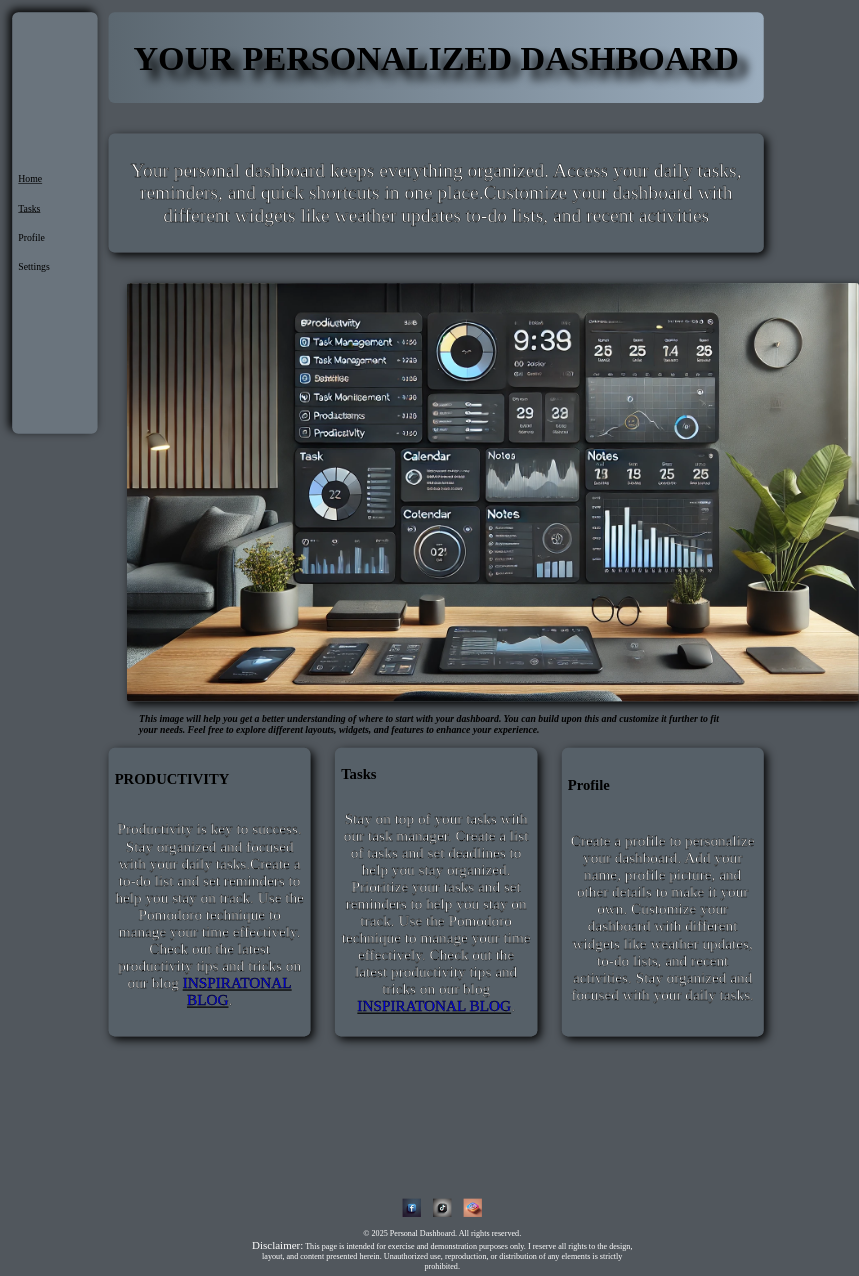
Repository: Parnicoza/testecomplete
Page: testcomplet-14.html
An editor plug-in stored every save of this project. The page is shown before and after the next save, followed by the edit.
The browser window is 1280 px wide. The page is 1408 px wide, so the pictures cover 1408 px, including what lies to the right of the window. The pictures show the whole page, at 61% of full size.
Pictures or frames that could not be fetched are drawn as grey boxes.

Above is the page before, as saved 2025-03-03 13:23:10.

### testcomplet-14.html
<!DOCTYPE html>
<html lang="en">

<head>
    <title>Personal Dashboard</title>
    <link rel="stylesheet" href="stilizaretestcomplet-14.css">
    <link rel="icon" href="imaginitestecomplete/dashboard.ico">
    <meta name="viewport" content="width=device-width, initial-scale=1.0">
</head>

<body>
    <div class="background-for-the-heading" id="Home">
        <h1 class="main-heading">Your Personalized Dashboard</h1>
    </div>

    <div class="thesamebackground">
        <p class="paragraph-gradient">Your personal dashboard keeps everything organized. Access your daily tasks,
            reminders, and quick shortcuts in one place.Customize your dashboard with different widgets like weather
            updates to-do lists, and recent activities</p>
    </div>

    <div class="divimage">
        <figure>
            <img src="imaginitestecomplete/productivity.jpg" alt="productivity image" width="1200" class="image"
                title="Productivity image" usemap="#dashboard-map" id="Tasks">
            <map name="dashboard-map">
                <area shape="rect" coords="341,127,487,280" href="https://blog.productivity.directory/"
                    alt="Productivity blog" target="_blank">
                <area shape="rect" coords="670,134,825,280" href="https://blog.productivity.directory/"
                    alt="Productivity blog" target="_blank">
            </map>
            <figcaption class="figcaption">This image will help you get a better understanding of where to start with
                your dashboard.
                You can build upon this and customize it further to fit your needs.
                Feel free to explore different layouts, widgets, and features to enhance your experience.
            </figcaption>
        </figure>
    </div>

    <div class="Dashboard">
        <div class="sidebar">
            <ul class="list">
                <li><a href="#Home" class="home" title="Press here to go to home page">Home</a></li>
                <li><a href="#Tasks" class="home" title="Click here to go to Tasks">Tasks</a></li>
                <li>Profile</li>
                <li>Settings</li>
            </ul>
        </div>
    </div>

    <div class="BLOCKS">
        <div class="blocks"> <!--Acesta este primul block-->
            <h2 class="headingforblock">Productivity</h2>
            <p class="paragraph-gradient1">Productivity is key to success. Stay organized and focused with your daily
                tasks.Create a to-do list and set reminders to help you stay on track. Use the Pomodoro technique to
                manage your time effectively. Check out the latest productivity tips and tricks on our blog
                <a href="https://blog.productivity.directory/" target="_blank"
                    title="Press here to find more tips and tricks">INSPIRATONAL BLOG</a>.
            </p>
        </div>

        <div class="blocks2"><!--Acesta este al doilea block-->
            <h2 class="heading">Tasks</h2>
            <p class="paragraph-gradient1">Stay on top of your tasks with our task manager. Create a list of tasks and
                set deadlines to help you stay organized. Prioritize your tasks and set reminders to help you stay on
                track. Use the Pomodoro technique to manage your time effectively. Check out the latest productivity
                tips and tricks on our blog
                <a href="https://blog.productivity.directory/" target="_blank"
                    title="Press here to find more tips and tricks">INSPIRATONAL BLOG</a>.
            </p>
        </div>

        <div class="blocks3"><!--Acesta este al treilea block-->
            <h2 class="heading">Profile</h2>
            <p class="paragraph-gradient1">Create a profile to personalize your dashboard. Add your name, profile
                picture,
                and other details to make it your own. Customize your dashboard with different widgets like weather
                updates, to-do lists, and recent activities. Stay organized and focused with your daily tasks.
            </p>

        </div>
    </div>

    <div class="footer">
        <footer>
            <div class="social-media">
                <ul class="ul">
                    <li><a href="https://www.facebook.com/parnica.abaza.5" target="_blank" title="Join my Facebook"><img
                                src="imaginitestecomplete/facebook.jpg" height="30px"></a></li>
                    <li><a href="https://www.tiktok.com/@parnicaabaza4?lang=en" target="_blank"
                            title="Join my Tiktok"><img src="imaginitestecomplete/tiktok.jpg" alt="Tiktok social-media"
                                height="30px"></a></li>
                    <li><a href="https://www.instagram.com/parnicaabaza1/" target="_blank"
                            title="Join my Instagram"><img src="imaginitestecomplete/instagram.jpg"
                                alt="Instagram social-media" height="30px"></a></li>
                </ul>
            </div>
            <p class="footer-text">© 2025 Personal Dashboard. All rights reserved.</p>
            <p class="footer-text"><span class="Disclaimer">Disclaimer:</span> This page is intended for exercise and
                demonstration purposes only. I reserve all rights to the design, layout, and content presented herein.
                Unauthorized use, reproduction, or distribution of any elements is strictly prohibited.</p>
        </footer>
    </div>
</body>

</html>

### stilizaretestcomplet-14.css
body{
    background-color:#51575D;
}

.main-heading{
    text-align: center;
    text-transform: uppercase;
    text-shadow: 15px 15px 15px black;
    font-size: 3.5em;
    color: black;
}

.background-for-the-heading{
    background: linear-gradient(to right, #5B6770, #9CAEBF);
    margin: 20px;
    padding: 5px;
    border-radius: 10px;
    margin-left: 170px;
}

.thesamebackground{
    background-color: rgba(91, 103, 112, 0.6) ;
    margin-left: 170px;
    margin-top: 50px;
    text-align: center;
    padding: 10px;
    border-radius: 10px;
    box-shadow: 5px 5px 15px black;
    margin-right: 20px;
}

.paragraph-gradient{
    color: #ffff;
    font-size: 2em;
    -webkit-text-stroke: 0.7px black;
    text-align: center;
}

.quote{
    border: 1px dotted black;
    padding: 10px;
    margin-left: 150px;
}

.divider{
    border: none;
    height: 4px;
    background-color: lightgray;
    border: 3px dotted black;
    margin: 14px;
    margin-left: 150px;
}

.image{
    border-radius: 5px;
    box-shadow: 5px 5px 15px black;
    display: block;
    margin: 0 auto;
}

.picture{
    margin-left: 160px;
}

.Dashboard{
    display: flex;
}

.sidebar{
    display: flex;
    flex-direction: column;
   width: 140px;
   position: fixed;
   left: 0;
   top: 0;
   height: 96vh;
   justify-content: center;
   margin: 20px;
   background-color: #6A747D;
    border-radius: 10px;
    box-shadow: -5px -5px 15px black;

}

.list{
    list-style-type: none;
    display: flex;
    flex-direction: column;
    gap: 30px;
    padding: 0;
    margin-left: 10px;
}

.container{
    margin-left: 160px;
}

.divimage{
    display: block;
    margin-left: 160px;
    margin-top: 50px;

}

.figcaption{
    font-style: italic;
    font-weight: bold;
    margin: 20px;
}

.home{
    color: black;
}

.BLOCKS{
    display: flex;
    flex-direction: row;
    justify-content: space-evenly;
    gap: 20px;
}
.blocks{
    display: flex;
    flex-direction: column;
    justify-content: space-evenly;
    width: 350px;
    margin-left: 170px;
    background-color: rgba(91, 103, 112, 0.6);
    box-shadow: 5px 5px 15px black;
    border-radius: 10px;
    padding: 10px;
    margin-right: 20px;
}

.blocks2{
    display: flex;
    flex-direction: column;
    justify-content: space-evenly;
    width: 350px;
    background-color: rgba(91, 103, 112, 0.6);
    box-shadow: 5px 5px 15px black;
    border-radius: 10px;
    padding: 10px;
    margin-right: 20px;
}

.blocks3{
    display: flex;
    flex-direction: column;
    justify-content: space-evenly;
    width: 350px;
    background-color: rgba(91, 103, 112, 0.6);
    box-shadow: 5px 5px 15px black;
    border-radius: 10px;
    padding: 10px;
    margin-right: 20px;
}
.headingforblock{
    text-align: left;
    text-transform: uppercase;
    font-weight: bold;
    color: black;
    display: flex;
}

.paragraph-gradient1{
    color: #ffff;
    -webkit-text-stroke: 0.6px black;
    font-size: 25px;
    text-align: center;
}

.footer{
    margin-left: 170px;
}

.social-media{
    display: flex;
    flex-direction: row;
    justify-content: space-evenly;
    gap: 20px;
    margin-top: 250px;
}
.ul{
    list-style-type: none;
    display: flex;
    flex-direction: row;
    gap: 20px;
    padding: 0;
}

.footer-text{
    color: white;
    font-size: smaller;
    text-align: center;
    margin: 0 auto;
    width: 650px;
}

.Disclaimer{
    color: white;
    font-size: large;
}

After the next save:
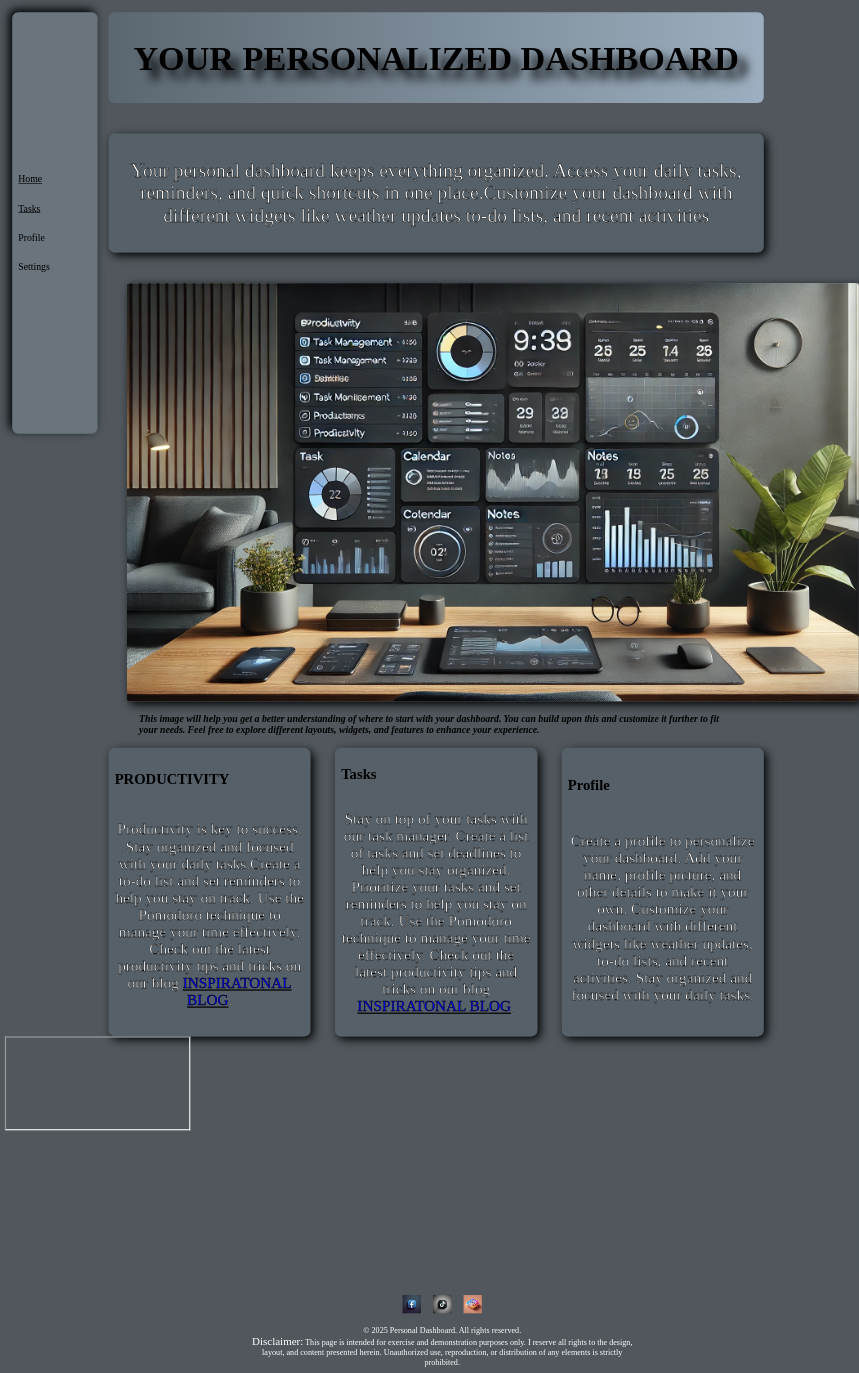
Saved 5 min 54 s later.
--- a/testcomplet-14.html
+++ b/testcomplet-14.html
@@ -81,6 +81,11 @@
         </div>
     </div>
 
+    <div class="iframe">
+        <iframe src="https://calendar.google.com/calendar/u/0/r?pli=1">calendar</iframe>
+    </div>
+
+
     <div class="footer">
         <footer>
             <div class="social-media">

After the 3 saves that followed:
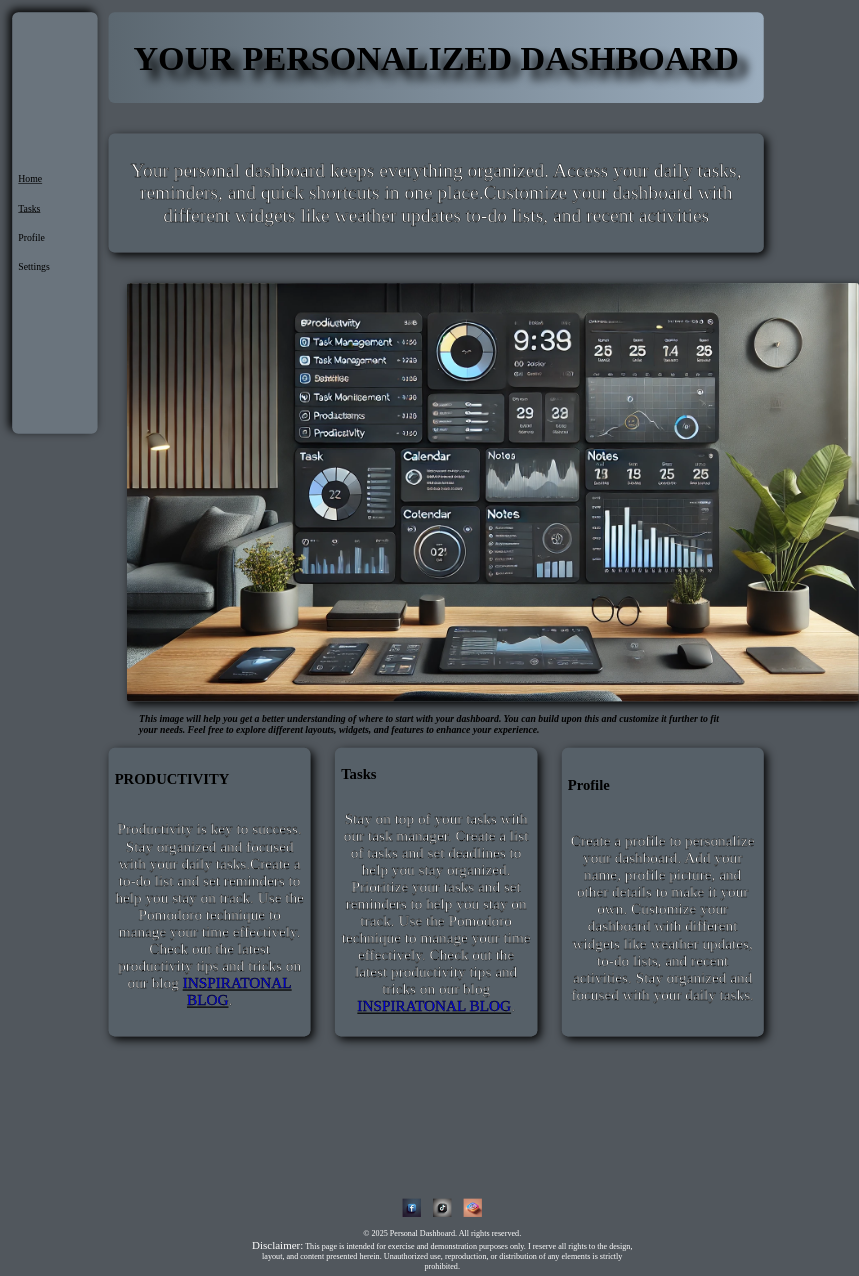
The 3 saves are shown as one change because 2 left the picture as it was.
The last was saved 10 min 54 s later.
--- a/testcomplet-14.html
+++ b/testcomplet-14.html
@@ -81,11 +81,6 @@
         </div>
     </div>
 
-    <div class="iframe">
-        <iframe src="https://calendar.google.com/calendar/u/0/r?pli=1">calendar</iframe>
-    </div>
-
-
     <div class="footer">
         <footer>
             <div class="social-media">
--- a/stilizaretestcomplet-14.css
+++ b/stilizaretestcomplet-14.css
@@ -200,3 +200,8 @@ body{
     color: white;
     font-size: large;
 }
+
+.ifarme{
+    margin-left: 160px;
+    margin-top: 10px;
+}
